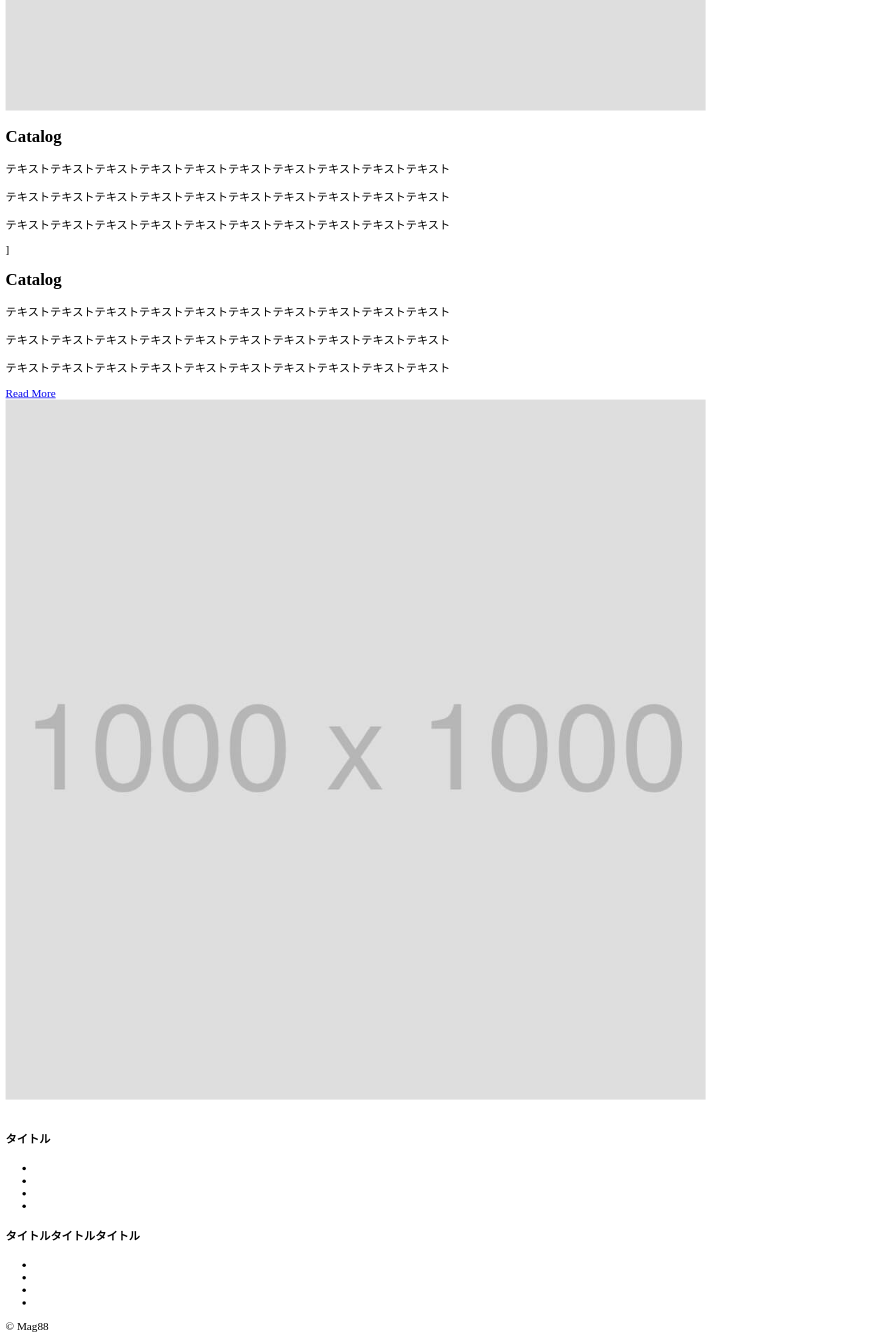
Repository: Fuki-san/bookstore
Page: http://localhost/book
An editor plug-in stored every save of this project. The page is shown before and after a run of saves, followed by the edit.
The browser window is 1280 px wide. The pictures show the part of the page from y = 3407 to 5327 px (the page is 5327 px tall before and 5032 px after), at 70% of full size.
The page is served by the project's Laravel application, run on PHP 8.4 with Laravel 10. Other server files are loaded and not shown.

Above is the page before, as saved 2023-11-20 12:25:11.

### routes/web.php
<?php

use Illuminate\Support\Facades\Route;

/*
|--------------------------------------------------------------------------
| Web Routes
|--------------------------------------------------------------------------
|
| Here is where you can register web routes for your application. These
| routes are loaded by the RouteServiceProvider and all of them will
| be assigned to the "web" middleware group. Make something great!
|
*/

Route::get('/', function () {
    return view('welcome');
});

Route::get('book', function() {
    return view('bookstore');
})->name('book');

### resources/views/bookstore.blade.php
@extends('layouts.main')

@section('title', 'bookstore')

@section('content')
    <header>
        <h1 class="site-title"><img src="img/logo.svg" alt="Mag88"></h1>
    </header>

    <main>
        <section id="magazine" class="wrapper">
            <h2 class="sec-title">A special, long article in a newspaper or magazine</h2>
            <p>テキストテキスト</p>
            <div class="flex-item">
                <a class="item" href="#">
                    <img src="img/magazine-archive.jpg">
                    <div class="text">
                        <p class="title">Archive</p>
                        <p>
                            テキストテキストテキストテキスト<br>
                            テキストテキスト
                        </p>
                    </div>
                </a>
                <a href="#" class="item">
                    <img src="img/magazine-new.jpg">
                    <div class="text">
                        <p class="title">New</p>
                        <p>
                            テキストテキストテキストテキスト<br>
                            テキストテキスト
                        </p>
                    </div>
                </a>
            </div>
        </section>

        <section id="fashion">
            <div class="wrapper">
                <h2 class="sec-title">Fashion &amp; Style</h2>
                <p>
                    テキストテキストテキストテキスト<br>
                    テキストテキスト
                </p>
                <a href="#" btn>Read More</a>
            </div>
        </section>

        <section class="catalog-antique">]
            <div class="flex-item wrapper">
                <div class="item">
                    <img src="img/catalog.jpg">
                </div>
                <div class="item">
                    <h2 class="sec-title">Catalog</h2>
                    <p>テキストテキストテキストテキストテキストテキストテキストテキストテキストテキスト</p>
                    <p>テキストテキストテキストテキストテキストテキストテキストテキストテキストテキスト</p>
                    <p>テキストテキストテキストテキストテキストテキストテキストテキストテキストテキスト</p>
                </div>
            </div>
        </section>
        <section class="catalog-antique">]
            <div class="flex-item wrapper">
                <div class="item">
                    <h2 class="sec-title">Catalog</h2>
                    <p>テキストテキストテキストテキストテキストテキストテキストテキストテキストテキスト</p>
                    <p>テキストテキストテキストテキストテキストテキストテキストテキストテキストテキスト</p>
                    <p>テキストテキストテキストテキストテキストテキストテキストテキストテキストテキスト</p>
                    <a href="#" class="btn">Read More</a>
                </div>
                <div class="item">
                    <img src="img/antique.jpg">
                </div>
            </div>
        </section>
    </main>


    <footer id="footer">
        <div class="flex-item wrapper">
            <img src="">
            <h4>タイトル</h4>
            <ul>
                <li></li>
                <li></li>
                <li></li>
                <li></li>
            </ul>
            <h4>タイトルタイトルタイトル</h4>
            <ul>
                <li></li>
                <li></li>
                <li></li>
                <li></li>
            </ul>
        </div>
        <p>&copy; Mag88</p>
    </footer>
@endsection

### resources/views/layouts/main.blade.php
<!DOCTYPE html>
<html lang="ja">
<head>
    <meta charset="UTF-8">
    <meta name="viewport" content="width=device-width, initial-scale=1.0">
    <meta http-equiv="X-UA-Compatible" content="ie=edge">
    <link rel="stylesheet" href="{{ asset('css/reset.css') }}">
    <link rel="stylesheet" href="{{ asset('css/style.css') }}">
    <link rel="icon" href="img/favicon.ico">
    <title>@yield('title')</title>
</head>
<body>
    @yield('content')
</body>
</html>

### public/img/logo.svg
<?xml version="1.0" encoding="utf-8"?>
<!-- Generator: Adobe Illustrator 15.1.0, SVG Export Plug-In . SVG Version: 6.00 Build 0)  -->
<!DOCTYPE svg PUBLIC "-//W3C//DTD SVG 1.1//EN" "http://www.w3.org/Graphics/SVG/1.1/DTD/svg11.dtd">
<svg version="1.1" id="レイヤー_1" xmlns="http://www.w3.org/2000/svg" xmlns:xlink="http://www.w3.org/1999/xlink" x="0px"
	 y="0px" width="120px" height="40px" viewBox="0 0 120 40" enable-background="new 0 0 120 40" xml:space="preserve">
<text transform="matrix(1 0 0 1 11.667 -25.8213)" fill="#2B3137" font-family="'Arial-BoldMT'" font-size="31.8021">Mag88</text>
<rect fill="#2A2A2A" width="120" height="40"/>
<g>
	<path fill="#FFFFFF" d="M13.351,29.333V6.568h6.879l4.13,15.529l4.084-15.529h6.895v22.765h-4.271v-17.92l-4.519,17.92h-4.425
		l-4.503-17.92v17.92H13.351z"/>
	<path fill="#FFFFFF" d="M43.134,17.872l-3.96-0.714c0.445-1.595,1.211-2.774,2.299-3.54c1.087-0.766,2.701-1.149,4.845-1.149
		c1.946,0,3.396,0.23,4.348,0.69c0.952,0.461,1.623,1.047,2.011,1.756c0.389,0.709,0.582,2.01,0.582,3.904l-0.046,5.094
		c0,1.449,0.069,2.518,0.21,3.207c0.139,0.688,0.4,1.426,0.783,2.213h-4.316c-0.113-0.29-0.254-0.72-0.419-1.289
		c-0.073-0.259-0.124-0.43-0.155-0.513c-0.746,0.725-1.543,1.269-2.392,1.63c-0.849,0.363-1.755,0.544-2.718,0.544
		c-1.697,0-3.035-0.46-4.014-1.382s-1.467-2.086-1.467-3.494c0-0.932,0.222-1.762,0.667-2.492c0.444-0.73,1.069-1.289,1.871-1.677
		c0.802-0.389,1.959-0.728,3.471-1.018c2.039-0.383,3.452-0.739,4.239-1.071v-0.435c0-0.839-0.207-1.437-0.621-1.794
		s-1.195-0.535-2.345-0.535c-0.776,0-1.382,0.152-1.817,0.458C43.755,16.571,43.403,17.106,43.134,17.872z M48.973,21.413
		c-0.559,0.187-1.444,0.409-2.655,0.668c-1.212,0.259-2.003,0.512-2.376,0.761c-0.569,0.403-0.854,0.916-0.854,1.537
		c0,0.61,0.227,1.14,0.683,1.584c0.456,0.445,1.035,0.667,1.739,0.667c0.787,0,1.537-0.258,2.252-0.775
		c0.527-0.394,0.875-0.875,1.04-1.444c0.114-0.373,0.171-1.081,0.171-2.128V21.413z"/>
	<path fill="#FFFFFF" d="M57.157,30.419l4.984,0.605c0.083,0.58,0.274,0.979,0.574,1.196c0.414,0.311,1.066,0.466,1.957,0.466
		c1.139,0,1.992-0.171,2.563-0.512c0.383-0.229,0.673-0.596,0.869-1.104c0.135-0.362,0.202-1.029,0.202-2.003v-2.407
		c-1.304,1.781-2.95,2.672-4.938,2.672c-2.215,0-3.97-0.938-5.264-2.811c-1.015-1.48-1.521-3.324-1.521-5.529
		c0-2.764,0.664-4.875,1.995-6.335c1.33-1.46,2.983-2.189,4.962-2.189c2.039,0,3.721,0.896,5.046,2.687v-2.314h4.084V27.64
		c0,1.946-0.161,3.4-0.481,4.363s-0.771,1.719-1.351,2.268c-0.58,0.549-1.354,0.979-2.321,1.289
		c-0.969,0.311-2.192,0.466-3.673,0.466c-2.795,0-4.778-0.479-5.947-1.437c-1.17-0.957-1.755-2.172-1.755-3.642
		C57.141,30.802,57.147,30.626,57.157,30.419z M61.054,20.745c0,1.75,0.339,3.031,1.017,3.844c0.679,0.813,1.515,1.219,2.508,1.219
		c1.066,0,1.967-0.416,2.703-1.25c0.734-0.834,1.102-2.068,1.102-3.703c0-1.709-0.352-2.977-1.056-3.805s-1.595-1.242-2.671-1.242
		c-1.045,0-1.907,0.406-2.586,1.219C61.393,17.839,61.054,19.079,61.054,20.745z"/>
	<path fill="#FFFFFF" d="M79.797,17.05c-1.129-0.477-1.949-1.131-2.462-1.965c-0.513-0.833-0.769-1.746-0.769-2.74
		c0-1.697,0.593-3.101,1.778-4.208c1.185-1.107,2.87-1.662,5.054-1.662c2.164,0,3.844,0.554,5.039,1.662
		c1.196,1.108,1.794,2.511,1.794,4.208c0,1.056-0.274,1.995-0.823,2.818c-0.549,0.822-1.32,1.451-2.313,1.887
		c1.263,0.508,2.224,1.248,2.88,2.221c0.658,0.973,0.986,2.096,0.986,3.369c0,2.102-0.67,3.811-2.011,5.125
		s-3.124,1.972-5.349,1.972c-2.071,0-3.795-0.544-5.172-1.63c-1.625-1.284-2.438-3.045-2.438-5.28c0-1.231,0.305-2.362,0.916-3.394
		C77.52,18.403,78.482,17.608,79.797,17.05z M80.293,22.407c0,1.201,0.309,2.138,0.924,2.811c0.616,0.673,1.385,1.01,2.307,1.01
		c0.9,0,1.646-0.324,2.236-0.971c0.59-0.647,0.885-1.582,0.885-2.803c0-1.066-0.301-1.924-0.9-2.57
		c-0.602-0.646-1.361-0.971-2.283-0.971c-1.066,0-1.861,0.367-2.383,1.103C80.555,20.751,80.293,21.548,80.293,22.407z
		 M80.698,12.655c0,0.869,0.246,1.547,0.737,2.034c0.491,0.486,1.146,0.729,1.964,0.729c0.828,0,1.491-0.246,1.988-0.737
		s0.745-1.173,0.745-2.042c0-0.818-0.246-1.473-0.737-1.965c-0.492-0.491-1.142-0.737-1.949-0.737c-0.838,0-1.506,0.249-2.003,0.745
		C80.946,11.18,80.698,11.837,80.698,12.655z"/>
	<path fill="#FFFFFF" d="M97.484,17.05c-1.128-0.477-1.948-1.131-2.462-1.965c-0.512-0.833-0.768-1.746-0.768-2.74
		c0-1.697,0.592-3.101,1.777-4.208c1.186-1.107,2.871-1.662,5.055-1.662c2.164,0,3.844,0.554,5.039,1.662
		c1.195,1.108,1.793,2.511,1.793,4.208c0,1.056-0.273,1.995-0.822,2.818c-0.549,0.822-1.32,1.451-2.314,1.887
		c1.264,0.508,2.224,1.248,2.881,2.221c0.658,0.973,0.986,2.096,0.986,3.369c0,2.102-0.67,3.811-2.012,5.125
		c-1.34,1.314-3.123,1.972-5.349,1.972c-2.071,0-3.794-0.544-5.171-1.63c-1.625-1.284-2.438-3.045-2.438-5.28
		c0-1.231,0.305-2.362,0.916-3.394C95.207,18.403,96.168,17.608,97.484,17.05z M97.981,22.407c0,1.201,0.308,2.138,0.924,2.811
		c0.615,0.673,1.385,1.01,2.307,1.01c0.9,0,1.646-0.324,2.235-0.971c0.591-0.647,0.886-1.582,0.886-2.803
		c0-1.066-0.301-1.924-0.901-2.57s-1.361-0.971-2.282-0.971c-1.066,0-1.861,0.367-2.384,1.103S97.981,21.548,97.981,22.407z
		 M98.385,12.655c0,0.869,0.245,1.547,0.736,2.034c0.492,0.486,1.146,0.729,1.965,0.729c0.828,0,1.49-0.246,1.988-0.737
		c0.496-0.491,0.744-1.173,0.744-2.042c0-0.818-0.246-1.473-0.736-1.965c-0.492-0.491-1.143-0.737-1.949-0.737
		c-0.839,0-1.506,0.249-2.004,0.745C98.633,11.18,98.385,11.837,98.385,12.655z"/>
</g>
</svg>

Loaded but not shown: public/css/style.css (no copy from this time; the picture is the same without it)

After the next 2 saves:
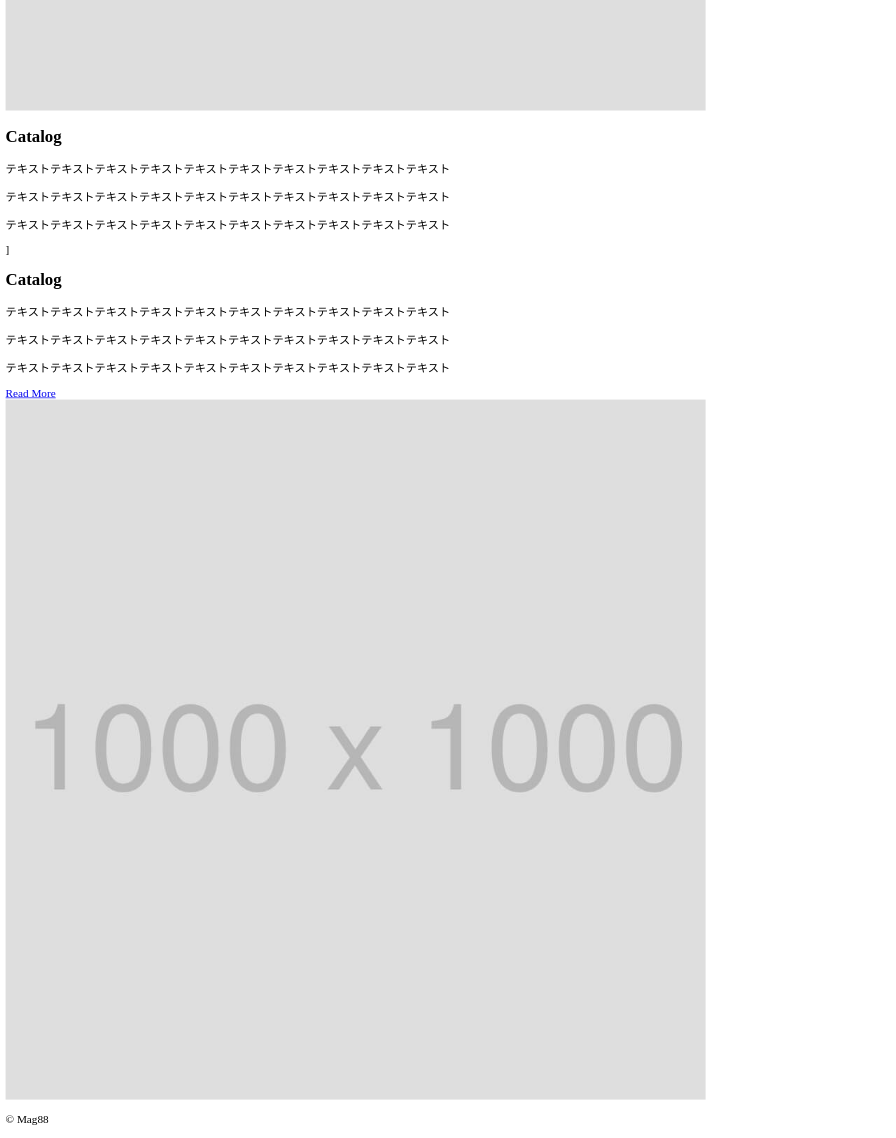
The 2 saves are shown as one change because they came seconds apart.
The last was saved 14 s later.
--- a/resources/views/bookstore.blade.php
+++ b/resources/views/bookstore.blade.php
@@ -78,21 +78,7 @@
 
     <footer id="footer">
         <div class="flex-item wrapper">
-            <img src="">
-            <h4>タイトル</h4>
-            <ul>
-                <li></li>
-                <li></li>
-                <li></li>
-                <li></li>
-            </ul>
-            <h4>タイトルタイトルタイトル</h4>
-            <ul>
-                <li></li>
-                <li></li>
-                <li></li>
-                <li></li>
-            </ul>
+            <div></div>
         </div>
         <p>&copy; Mag88</p>
     </footer>
